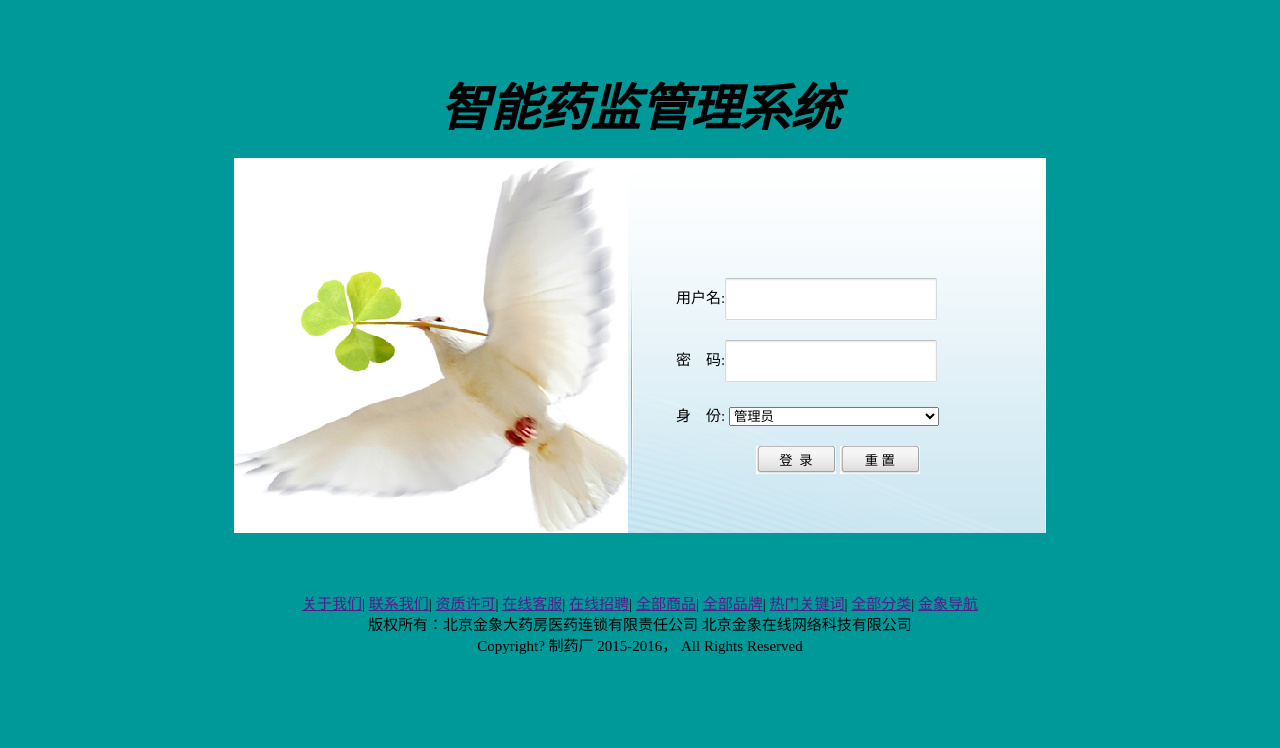
Repository: Shaoxubao/Java
Page: http://localhost/msm/login.jsp
These files come from the project's save history. The page is drawn as it stood at one moment and after the next save; the edit follows.
The browser window is 1280 px wide. The pictures show the whole page.
The page is served by Tomcat 9. Nobody is signed in. The application's start-up code is not run.

Above is the page before, as saved 2015-06-16 17:21:02.

After the next save:
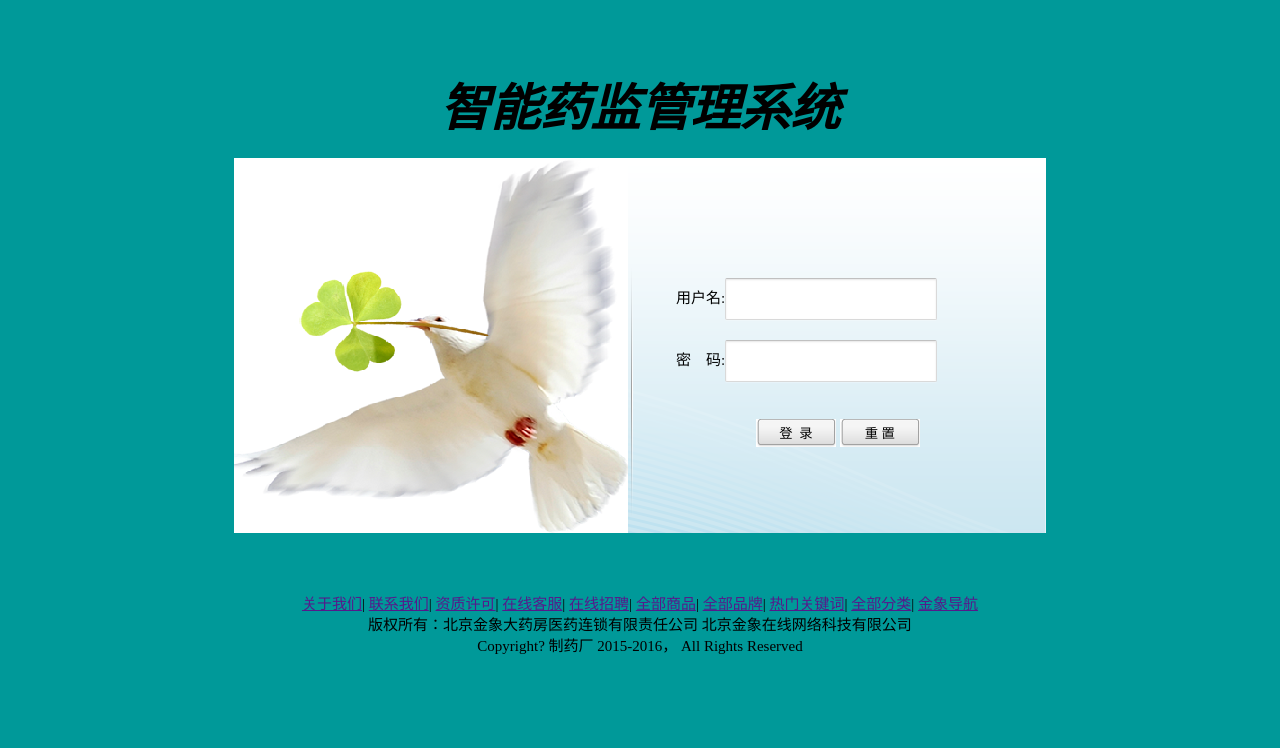
Saved 18 h 37 min later.
--- a/msm/WebContent/login.jsp
+++ b/msm/WebContent/login.jsp
@@ -25,7 +25,7 @@
                                              密&nbsp;&nbsp;&nbsp;&nbsp;码:<input type="password" name="password" class="pwd" id="pwd"/><br/>
                   </div>
                   <br>
-                  <div id="pos_area">
+                <!--    <div id="pos_area">
                                                                   身&nbsp;&nbsp;&nbsp;&nbsp;份:
                       <select style="width: 210px">
                           <option>管理员</option>
@@ -40,7 +40,7 @@
                           <option>最终检验</option>
                           <option>报告打印</option>
                       </select>
-                  </div>
+                  </div>-->
 
                   <div id="btn_area">
                      <input type="submit" class="login_btn" id="login_sub"  value="登  录">
